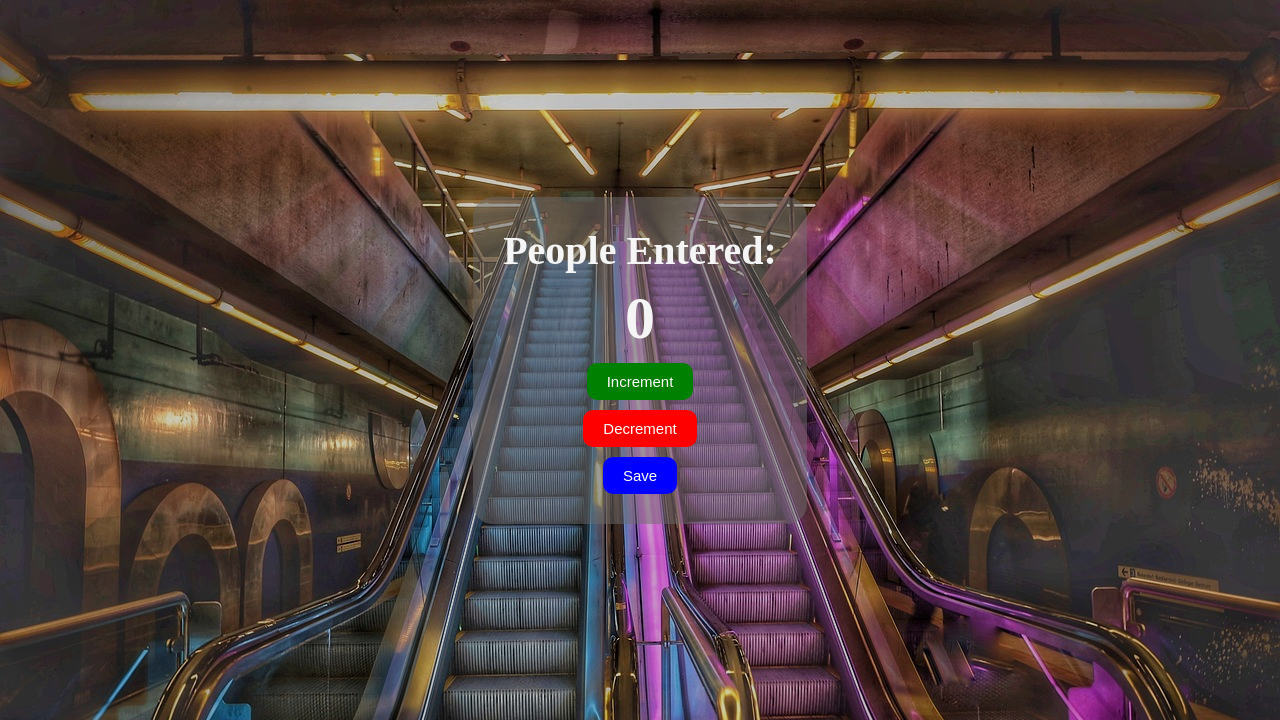
Repository: raghhavv03/javascript-practice
Page: task-1/index.html
An editor plug-in stored every save of this project. The page is shown before and after the next save, followed by the edit.
The browser window is 1280 px wide. The pictures show the whole page.

Above is the page before, as saved 2026-02-04 17:48:07.

### task-1/index.html
<!DOCTYPE html>
<html>
    <head>
        <title>Task 1</title>
        <link rel="stylesheet" href="style.css">
        <script src="index.js" defer></script>
</head>

    </head>
    <body>
        <div class="container">
            <h1>People Entered: </h1>
            <h2 id="people-count">0</h2>
            <button id="increment-btn" onClick="incrementCount()">Increment</button>
            <button id="decrement-btn" onClick="decrementCount()">Decrement</button>
            <button id="save-btn" onClick="saveCount()">Save</button>
        </div>
    </body>
</html>

### task-1/style.css
* {
    margin: 0;
    padding: 0;
    box-sizing: border-box;
}

body {
    height: 100vh;
    display: flex;
    justify-content: center;
    align-items: center;
    background-image: linear-gradient(rgba(0,0,0,0.2), rgba(0,0,0,0.2)), url("./subway.jpg");
    background-size: cover;
    color: whitesmoke
}

.container {
    display: flex;
    flex-direction: column;
    justify-content: center;
    align-items: center;
    gap: 10px;
    background-color: rgba(111, 108, 108, 0.5);
    border-radius: 20px;
    padding: 30px;
}

h1 {
    font-size: 40px;
}

h2 {
    font-size: 60px;
}

#increment-btn {
    padding: 10px 20px;
    font-size:15px;
    border: none;
    border-radius: 10px;
    background-color: green;
    color: white;
    cursor: pointer;
}

#decrement-btn {
    padding: 10px 20px;
    font-size:15px;
    border: none;
    border-radius: 10px;
    background-color: red;
    color: white;
    cursor: pointer;
}

#save-btn {
    padding: 10px 20px;
    font-size:15px;
    border: none;
    border-radius: 10px;
    background-color: blue;
    color: white;
    cursor: pointer;
}

### task-1/index.js
// document.getElementById("people-count").innerText = 5

// let firstBatch = 5
// let secondBatch = 7
// let count = firstBatch + secondBatch
// console.log(count)

// let bonusPoints = 50
// console.log(bonusPoints)

// bonusPoints = bonusPoints + 50
// console.log(bonusPoints)

// bonusPoints = bonusPoints - 75
// console.log(bonusPoints)

// bonusPoints = bonusPoints + 45
// console.log(bonusPoints)

// let lap1 = 34
// let lap2 = 33
// let lap3 = 36

// function logLapTime() {
//     let totalTime = lap1 + lap2 + lap3
//     console.log(totalTime)
// }

// logLapTime()

let countPeople = document.getElementById("people-count")
console.log(countPeople)

let count = 0
function incrementCount() {
    count += 1
    countPeople.innerText = count
}

function decrementCount() {
    count -= 1
    countPeople.innerText = count
}

function saveCount() {
    console.log(count)
    count = 0
    countPeople.innerText = count
}

After the next save:
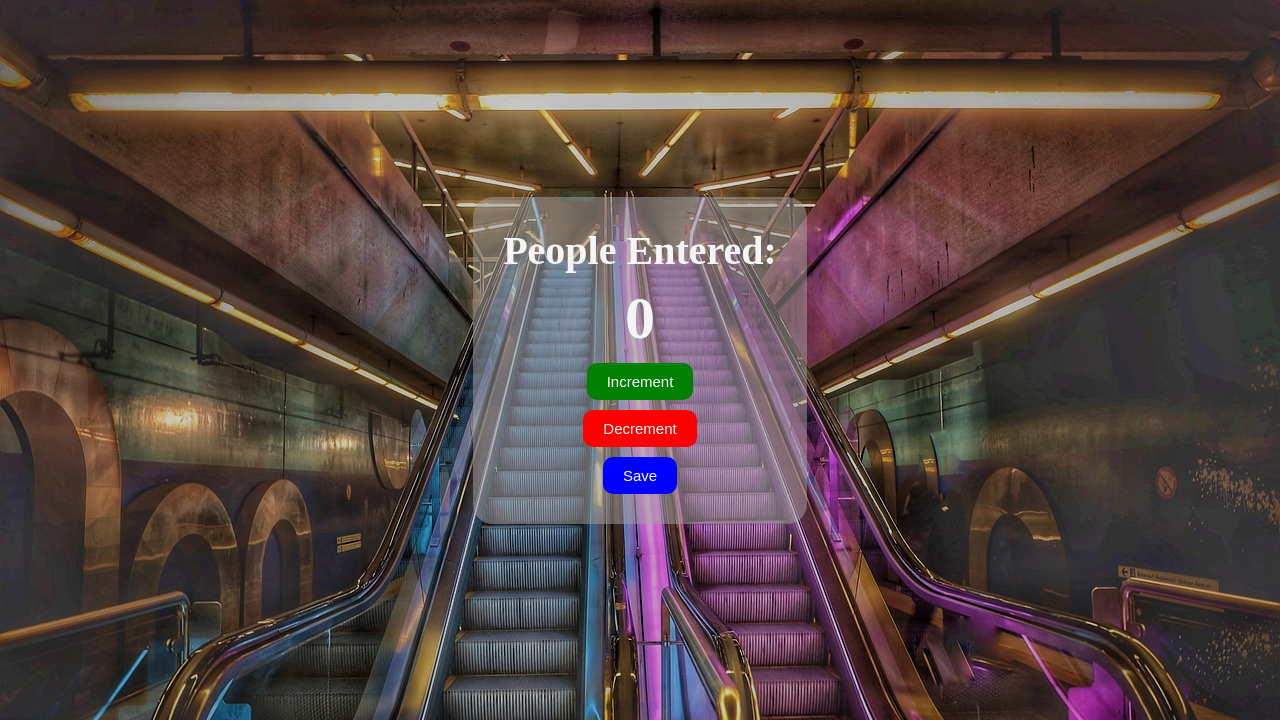
Saved 62 s later.
--- a/task-1/style.css
+++ b/task-1/style.css
@@ -20,7 +20,7 @@ body {
     justify-content: center;
     align-items: center;
     gap: 10px;
-    background-color: rgba(111, 108, 108, 0.5);
+    background-color: rgba(167, 163, 163, 0.5);
     border-radius: 20px;
     padding: 30px;
 }
